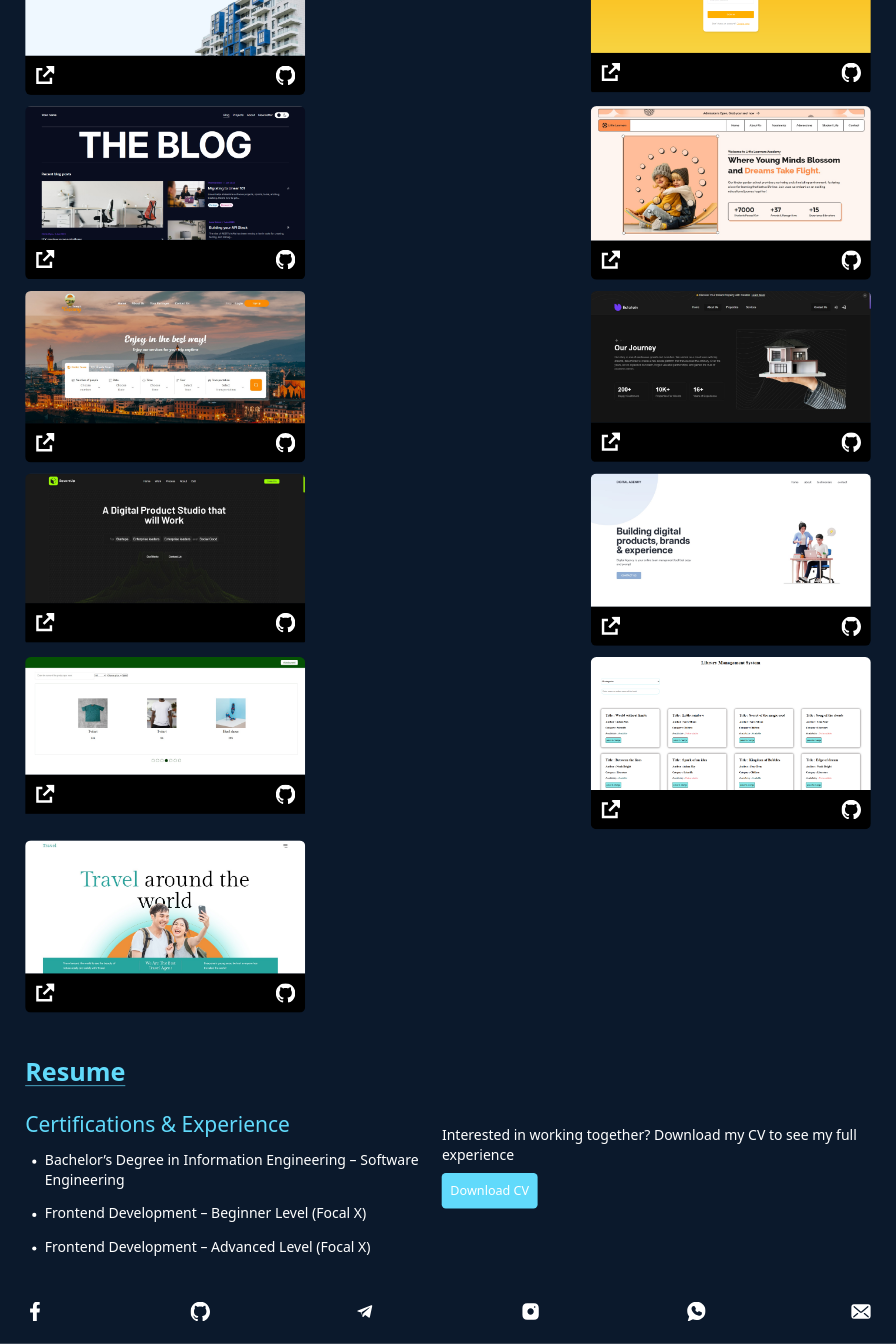
Repository: RawanBarakat-hub/portfolio
Page: /
The author's editor kept a copy of each file at every save. The page is drawn from the files as they stood at one save, then again after a run of saves.
The browser window is 1280 px wide. The pictures show the part of the page from y = 1851 to 3771 px (the page is 3771 px tall), at 70% of full size.
The project was rebuilt for these pictures with package versions that can differ from the ones it lists, and the page was loaded fresh each time. Also part of the build but not shown: vite.config.ts.

Above is the page before, as saved 2026-02-22 22:44:45.

### index.html
<!doctype html>
<html lang="en">
  <head>
    <meta charset="UTF-8" />
    <link rel="icon" type="image/svg+xml" href="/assets/images/photos/logo.png" />
    <meta name="viewport" content="width=device-width, initial-scale=1.0" />
    <title>Rawan's portfolio</title>
  </head>
  <body>
    <div id="root"></div>
    <script type="module" src="/src/main.tsx"></script>
  </body>
</html>

### src/index.css
@import "tailwindcss";
@theme{
    --color-primary-color: #61DAFB;
    --color-background-color: #0b192c;
    --color-hover-color: #1eb9e4;
}

### src/App.tsx
import Footer from "./components/Footer"
import Hero from "./components/Hero"
import Main from "./components/Main"
import NavBar from "./components/NavBar"
import { nav_links } from "./data/data"
import "./index.css"
function App() {

  return (
    <div className="bg-background-color px-9">
      <NavBar logo={{source:"/assets/images/photos/logo.png",alternative:"Logo"}}
      nav_links={nav_links}
      bar_icon={{source:"/assets/images/icons/bars.svg",alternative:"bars"}}
      cancel_icon={{source:"/assets/images/icons/cancel.svg",alternative:"bars"}}
      />
      <Hero/>
      <Main/>
      <Footer/>
    </div>
  )
}

export default App

### src/components/Footer.tsx
import { social_media } from "../data/data"
import Container from "./Container"
import Icon from "./Icon"

const Footer = () => {
    return (
        <footer className="py-15 lg:py-8">
            <Container>
                {
                    social_media.map((item,index)=>{
                        return <Icon key={index} url={item.url} image={item.image}/>
                    })
                }
            </Container>
        </footer>
    )
}

export default Footer

### src/components/Hero.tsx
import Image from "./Image"
import LinkBtn from "./LinkBtn"
import WelcomeText from "./WelcomeText"

const Hero = () => {
    return (
        <div className="h-screen pt-35 lg:pt-25 flex flex-col lg:flex-row
        justify-center lg:justify-between items-center gap-5">
            <div className="text-center lg:text-left">
                <WelcomeText text="Hello, I’m"/>
                <h1 className="text-white text-3xl lg:text-5xl mt-3 lg:mt-4
                mb-4 lg:mb-6 font-bold">Rawan Mohammad Barakat</h1>
                <p className="text-primary-color text-2xl lg:text-4xl max-w-2xl
                mb-4 lg:mb-14">Frontend Developer crafting clean & responsive web experiences.</p>
                <div className="flex justify-center lg:justify-start gap-4">
                    <LinkBtn url="" text="View my project"/>
                    <LinkBtn url="" text="Contact me"/>
                </div>
            </div>
            <Image source="/assets/images/photos/rawan.png" alternative="rawan"/>
        </div>
    )
}

export default Hero

### src/components/Main.tsx
import SectionAbout from "./SectionAbout"
import SectionProjects from "./SectionProjects"
import SectionReume from "./SectionReume"
import SectionSkills from "./SectionSkills"

const Main = () => {
    return (
        <main>
            <SectionAbout/>
            <SectionSkills/>
            <SectionProjects/>
            <SectionReume/>
        </main>
    )
}

export default Main

### src/components/NavBar.tsx
import { NavLink } from "react-router-dom"
import type { NavProps } from "../interfaces"
import { useState } from "react"

const NavBar = ({logo,nav_links,bar_icon,cancel_icon}:NavProps) => {
    const [show,setShow]=useState<boolean>(true)
    return (
        <div>
            <nav className="flex justify-between pl-5 pr-9 items-center fixed top-0 z-10
            w-full left-0 bg-background-color shadow-md shadow-primary-color">
                <div className="">
                    <img className="" src={logo.source} alt={logo.alternative} />
                </div>
                <div className="hidden lg:block">
                    <ul className="flex gap-6">
                        {nav_links?.map((link,index)=>{
                            return <li key={index}>
                                <NavLink className="text-primary-color text-[18px] font-medium"
                                to={link?.url}>{link?.text}</NavLink>
                            </li>
                        })}
                    </ul>
                </div>
                <button onClick={()=>setShow(!show)}
                className="block lg:hidden"><img src={`${show?bar_icon.source:cancel_icon.source}`}
                alt={`${show?bar_icon.alternative:cancel_icon.alternative}`} /></button>
            </nav>
            <div className={`${show ? "-left-full" :"left-1/2"} absolute top-16.5
            -translate-x-1/2 py-3.5 bg-background-color w-full transition-all`}>
                <ul className="text-center">
                        {nav_links?.map((link,index)=>{
                            return <li key={index} className="mb-4">
                                <NavLink className="text-primary-color text-[18px] font-medium"
                                to={link?.url}>{link?.text}</NavLink>
                            </li>
                        })}
                    </ul>
            </div>
        </div>
    )
}

export default NavBar

### src/data/data.ts
export const nav_links=[
    {
        url:"/",
        text:"Home"
    },
    {
        url:"/",
        text:"About"
    },
    {
        url:"/",
        text:"Skills"
    },
    {
        url:"/",
        text:"Projects"
    },
    {
        url:"/",
        text:"Resume"
    },
    {
        url:"/",
        text:"Contact"
    }
]
export const skills=[
    {
        image:{
            source:"/assets/images/icons/html.svg",
            alternative:"HTMl icon"
        },
        link:{
            url:"https://www.w3schools.com/html/default.asp",
            text:"HTML"
        }
    },
    {
        image:{
            source:"/assets/images/icons/css3.svg",
            alternative:"CSS icon"
        },
        link:{
            url:"https://www.w3schools.com/css/default.asp",
            text:"CSS"
        }
    },
    {
        image:{
            source:"/assets/images/icons/js.svg",
            alternative:"JavaScript icon"
        },
        link:{
            url:"https://www.w3schools.com/js/default.asp",
            text:"JavaScript "
        }
    },
    {
        image:{
            source:"/assets/images/icons/bootstrap.svg",
            alternative:"Bootstrap icon"
        },
        link:{
            url:"https://www.w3schools.com/bootstrap/bootstrap_ver.asp",
            text:"Bootstrap"
        }
    },
    {
        image:{
            source:"/assets/images/icons/tailwind.svg",
            alternative:"Taileind icon"
        },
        link:{
            url:"https://tailwindcss.com/",
            text:"Tailwind"
        }
    },
    {
        image:{
            source:"/assets/images/icons/react.svg",
            alternative:"React icon"
        },
        link:{
            url:"https://www.w3schools.com/react/default.asp",
            text:"React"
        }
    },
    {
        image:{
            source:"/assets/images/icons/ts.svg",
            alternative:"TypeScript icon"
        },
        link:{
            url:"https://www.w3schools.com/typescript/index.php",
            text:"TypeScript"
        }
    },
    {
        image:{
            source:"/assets/images/icons/git.svg",
            alternative:"Git icon"
        },
        link:{
            url:"https://www.w3schools.com/git/default.asp",
            text:"Git"
        }
    }
]
export const projects=[
    {
        image:{
            source:"public/assets/images/photos/flora.jpg",
            alternative:"Flora project"
        },
        title:"Flora",
        text:"Landing Page for a Real Estate Website",
        code_link:"https://github.com/RawanBarakat-hub/task-4-adv",
        project_Link:"https://rawanbarakat-hub.github.io/task-4-adv/"
    },
    {
        image:{
            source:"public/assets/images/photos/dash.jpg",
            alternative:"Dashboard project"
        },
        title:"E-commerce store dashboard",
        text:"Dashboard for managing E-commerce store",
        code_link:"https://github.com/RawanBarakat-hub/task-5-adv",
        project_Link:"https://task-5-adv.vercel.app/"
    },
    {
        image:{
            source:"public/assets/images/photos/blog.jpg",
            alternative:"Blogs project"
        },
        title:"The Blog",
        text:"Website for displaying blogs across different categories.",
        code_link:"https://github.com/RawanBarakat-hub/task-6-adv",
        project_Link:"https://task-6-adv-tawny.vercel.app/"
    },
    {
        image:{
            source:"public/assets/images/photos/littlelearners.jpg",
            alternative:"little learners project"
        },
        title:"Little learners",
        text:"Website for an educational institution.",
        code_link:"https://github.com/RawanBarakat-hub/task-2-adv",
        project_Link:"https://task-2-adv-pi.vercel.app/"
    },
    {
        image:{
            source:"public/assets/images/photos/next.jpg",
            alternative:"next project"
        },
        title:"Travel around the world",
        text:"Website for a travel company.",
        code_link:"https://github.com/RawanBarakat-hub/task-2-adv",
        project_Link:"https://task-7-adv-lac.vercel.app"
    },
    {
        image:{
            source:"public/assets/images/photos/estatein.jpg",
            alternative:"estatein project"
        },
        title:"Estatein",
        text:"Website for a real estate company.",
        code_link:"https://github.com/RaghadDeveloper/estatein",
        project_Link:"https://estatein-umber.vercel.app/"
    },
    {
        image:{
            source:"public/assets/images/photos/agency.jpg",
            alternative:"Digital project"
        },
        title:"Square",
        text:"Website for a digital products company.",
        code_link:"https://github.com/raghadsammour/squareUp.git",
        project_Link:"https://raghadsammour.github.io/squareUp/"
    },
    {
        image:{
            source:"public/assets/images/photos/digital.jpg",
            alternative:"Agency project"
        },
        title:"Digital agency",
        text:"Website for a digital products company.",
        code_link:"https://github.com/RawanBarakat-hub/Task-5",
        project_Link:"https://rawanbarakat-hub.github.io/Task-5/"
    },
    {
        image:{
            source:"public/assets/images/photos/e-commerc.jpg",
            alternative:"E-commerce project"
        },
        title:"E-commerce store",
        text:"Admin dashboard for an e-commerce store",
        code_link:"https://github.com/RawanBarakat-hub/Task-7",
        project_Link:"https://rawanbarakat-hub.github.io/Task-7/"
    },
    {
        image:{
            source:"public/assets/images/photos/library.jpg",
            alternative:"library project"
        },
        title:"Library Management System",
        text:"Website for categorizing and organizing books.",
        code_link:"https://github.com/RawanBarakat-hub/task-1-adv",
        project_Link:"https://rawanbarakat-hub.github.io/task-1-adv/"
    },
    {
        image:{
            source:"public/assets/images/photos/travelhero.jpg",
            alternative:"travel project"
        },
        title:"Travel",
        text:"Simple landing page for a travel agency website",
        code_link:"https://github.com/RawanBarakat-hub/Travel",
        project_Link:"https://rawanbarakat-hub.github.io/Travel/"
    }
]
export const certifications=[
    "Bachelor’s Degree in Information Engineering – Software Engineering",
    "Frontend Development – Beginner Level (Focal X)",
    "Frontend Development – Advanced Level (Focal X)"
]
export const social_media=[
    {
        url:"https://www.facebook.com/rawan.barakat.395?mibextid=wwXIfr&mibextid=wwXIfr",
        image:{
            source:"public/assets/images/icons/facebook.svg",
            alternative:"facebook icon"
        }
    },
    {
        url:"https://github.com/RawanBarakat-hub",
        image:{
            source:"public/assets/images/icons/github.svg",
            alternative:"github icon"
        }
    },
    {
        url:"https://t.me/Rawan_257",
        image:{
            source:"public/assets/images/icons/telegram.svg",
            alternative:"telegram icon"
        }
    },
    {
        url:"https://www.instagram.com/rawan.barakat.395?igsh=MWt1bDBya251YWFyeA%3D%3D&utm_source=qr",
        image:{
            source:"public/assets/images/icons/instagram.svg",
            alternative:"instagram icon"
        }
    },
    {
        url:"https://wa.me/963937278362",
        image:{
            source:"public/assets/images/icons/whatsapp.svg",
            alternative:"whatsapp icon"
        }
    },
    {
        url:"mailto:barakatrawan81@gmail.com",
        image:{
            source:"public/assets/images/icons/email.svg",
            alternative:"email icon"
        }
    }
]

### src/components/Container.tsx
import type { ContainerProps } from "../interfaces"

const Container = ({children,className}:ContainerProps) => {
    return (
        <div className={`flex flex-wrap gap-4 ${className=="footer"?"justify-center":"justify-between"}`}>{children}</div>
    )
}

export default Container

### src/components/Icon.tsx
import type { LinkProps } from '../interfaces'

const Icon = ({url,text,image}:LinkProps) => {
    return (
        <a  target="_blank" className={`${text&&"bg-linear-to-r from-primary-color to-black font-medium text-xl text-white p-3.5 rounded-lg w-fit flex items-center gap-4 hover:scale-120 transition-all" }`} href={url}>{text&&
                <span>{text}</span>}
            <img className='w-7' src={image?.source} alt={image?.alternative} />
        </a>

    )
}

export default Icon

### src/components/Image.tsx
import type { ImageProps } from '../interfaces'

const Image = ({source,alternative}:ImageProps) => {
    return (
        <div className='w-125 h-125 rounded-full border-2 border-primary-color
            shadow-sm shadow-primary-color flex justify-center items-center overflow-hidden
            shrink-0'>
            <img src={source} alt={alternative} />
        </div>
    )
}

export default Image

### src/components/LinkBtn.tsx
import { Link } from 'react-router-dom'
import { type LinkProps } from '../interfaces'
const LinkBtn = ({url,text,image}:LinkProps) => {
    return (
            <Link className="bg-primary-color hover:bg-hover-color
            text-xl text-background-color p-3.5 rounded-lg w-fit flex items-center
            gap-4 transition-all`" to={url}>{text}
            {image && <img className='w-10' src={image?.source} alt={image?.alternative} />}</Link>
    )
}

export default LinkBtn

### src/components/WelcomeText.tsx

const WelcomeText = ({text}:{text:string}) => {
    return (
        <p className="text-primary-color text-xl lg:text-3xl
        font-medium">{text}</p>
    )
}

export default WelcomeText

### src/components/SectionAbout.tsx
import Description from "./Description"
import Image from "./Image"
import TitleSection from "./TitleSection"
import WelcomeText from "./WelcomeText"

const SectionAbout = () => {
    return (
        <section className="py-15 lg:py-8 text-center lg:text-left">
            <TitleSection title="About me"/>
            <div className="flex flex-col lg:flex-row
                justify-center lg:justify-between items-center
                gap-4">
                <Image source="/assets/images/photos/rawan.png" alternative="rawan"/>
                <div className="max-w-3xl">
                    <WelcomeText text="Hi there! i’m Rawan Barakat"/>
                    <Description text="I’m a Software Engineering and Information Systems
                        graduate from Latakia University, with a strong passion
                        for frontend development and website creation."/>
                    <Description text="I completed both my beginner
                        and advanced frontend training at Focal X ,
                        where I built responsive websites using HTML, CSS, JavaScript,
                        and React (JSX and TSX) , working on practical and academic projects."/>
                    <Description text="I focus on writing clean, well-structured
                    code and building modern,responsive websites that perform efficiently across different
                    devices. I’m continuously improving my skills and keeping up with the latest web
                    technologies."/>
                </div>
            </div>
        </section>
    )
}

export default SectionAbout

### src/components/SectionProjects.tsx
import { projects } from "../data/data"
import Card from "./Card"
import Container from "./Container"
import TitleSection from "./TitleSection"

const SectionProjects = () => {
    return (
        <section className="py-15 lg:py-8">
            <TitleSection title="My Projects"/>
            <Container>
                {
                    projects.map((project,index)=>{
                        return <Card key={index}
                        image={project.image} title={project.title}
                        text={project.text} code={project.code_link}
                        deploy={project.project_Link}/>
                    })
                }
            </Container>
        </section>
    )
}

export default SectionProjects

### src/components/SectionReume.tsx
import { certifications } from "../data/data"
import Description from "./Description"
import TitleSection from "./TitleSection"
import WelcomeText from "./WelcomeText"

const SectionReume = () => {
    return (
        <section className="py-15 lg:py-8">
            <TitleSection title="Resume"/>
            <div className="flex justify-between">
                <div>
                    <WelcomeText text="Certifications & Experience" />
                    <ul className="mt-0 list-disc text-white pl-7">
                        {
                            certifications.map((item,index)=>{
                                return <li key={index}>
                                    <Description text={item} />
                                </li>
                            })
                        }
                    </ul>
                </div>
                <div>
                    <Description
                    text="Interested in working together? Download my CV to see my full experience" />
                    <a href="/Rawan Barakat CV.pdf" download
                        className="inline-block p-3 rounded-md bg-primary-color hover:bg-hover-color
                        text-white text-[18px] font-medium mt-3 cursor-pointer"
                        >Download CV</a>
                </div>
            </div>
        </section>
    )
}

export default SectionReume

### src/components/SectionSkills.tsx
import { skills } from "../data/data"
import Container from "./Container"
import Icon from "./Icon"
import TitleSection from "./TitleSection"

const SectionSkills = () => {
    return (
        <section className="py-15 lg:py-8 ">
            <TitleSection title="My Skills"/>
            <Container>
                {
                    skills.map((skill,index)=>{
                        return <Icon key={index} url={skill.link.url}
                        text={skill.link.text} image={skill.image}/>
                    })
            }
            </Container>
        </section>
    )
}

export default SectionSkills

### src/components/Description.tsx

const Description = ({text}:{text:string}) => {
    return (
        <p className="text-white text-xl mt-5">{text}</p>
    )
}

export default Description

### src/components/TitleSection.tsx
import type { TitleSectionProp } from "../interfaces"

const TitleSection = ({title}:TitleSectionProp) => {
    return (
        <h2 className="text-xl lg:text-4xl text-primary-color font-semibold
        mb-4 lg:mb-9 w-fit border-b border-primary-color">{title}</h2>
    )
}

export default TitleSection

### src/components/Card.tsx
import type { CardProps } from "../interfaces"
import Icon from "./Icon"

const Card = ({image,title,text,code,deploy}:CardProps) => {
    return (
        <div className="w-100 rounded-lg overflow-hidden group">
            <div className="relative">
                <img className="w-full h-full" src={image.source} alt={image.alternative} />
                <div className="absolute -top-full group-hover:top-0 text-center
                w-full h-full bg-[#00000088] transition-all flex flex-col
                justify-center items-center">
                    <h3 className="text-white font-medium text-xl">{title}</h3>
                    <p className="text-white text-[18px]">{text}</p>
                </div>
            </div>
            <div className="flex justify-between gap-2 bg-black p-3.5">
                <Icon url={deploy} image={{source:"/assets/images/icons/arrow.svg",
                alternative:"arrow icon"}} />
                <Icon url={code} image={{source:"/assets/images/icons/github.svg",
                alternative:"github icon"}} />
            </div>
        </div>
    )
}

export default Card

Loaded but not shown: src/main.tsx (common file)

After the next 3 saves:
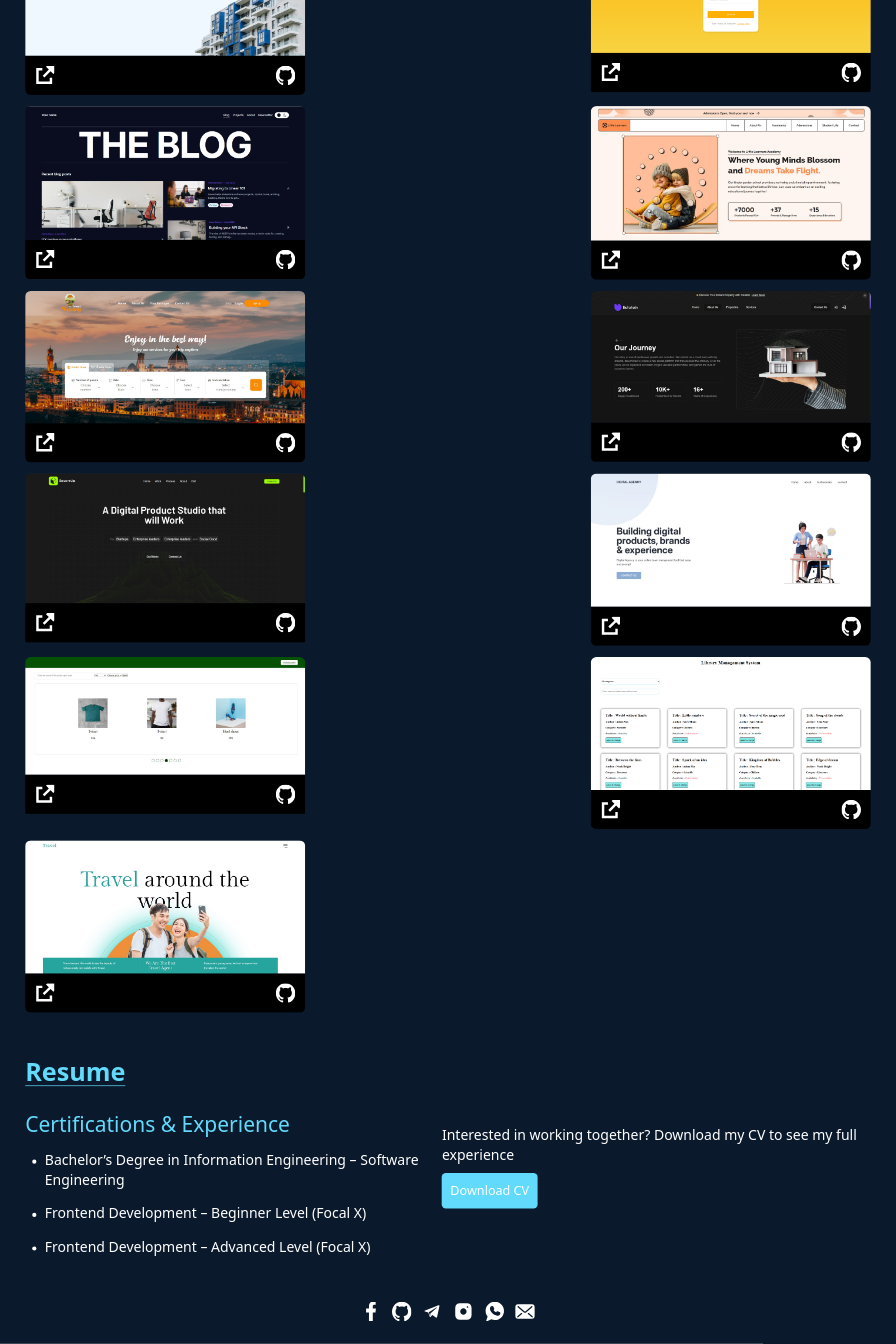
The 3 saves are shown as one change because they came seconds apart.
The last was saved 12 s later.
--- a/src/components/Footer.tsx
+++ b/src/components/Footer.tsx
@@ -5,7 +5,7 @@ import Icon from "./Icon"
 const Footer = () => {
     return (
         <footer className="py-15 lg:py-8">
-            <Container>
+            <Container className="footer">
                 {
                     social_media.map((item,index)=>{
                         return <Icon key={index} url={item.url} image={item.image}/>
